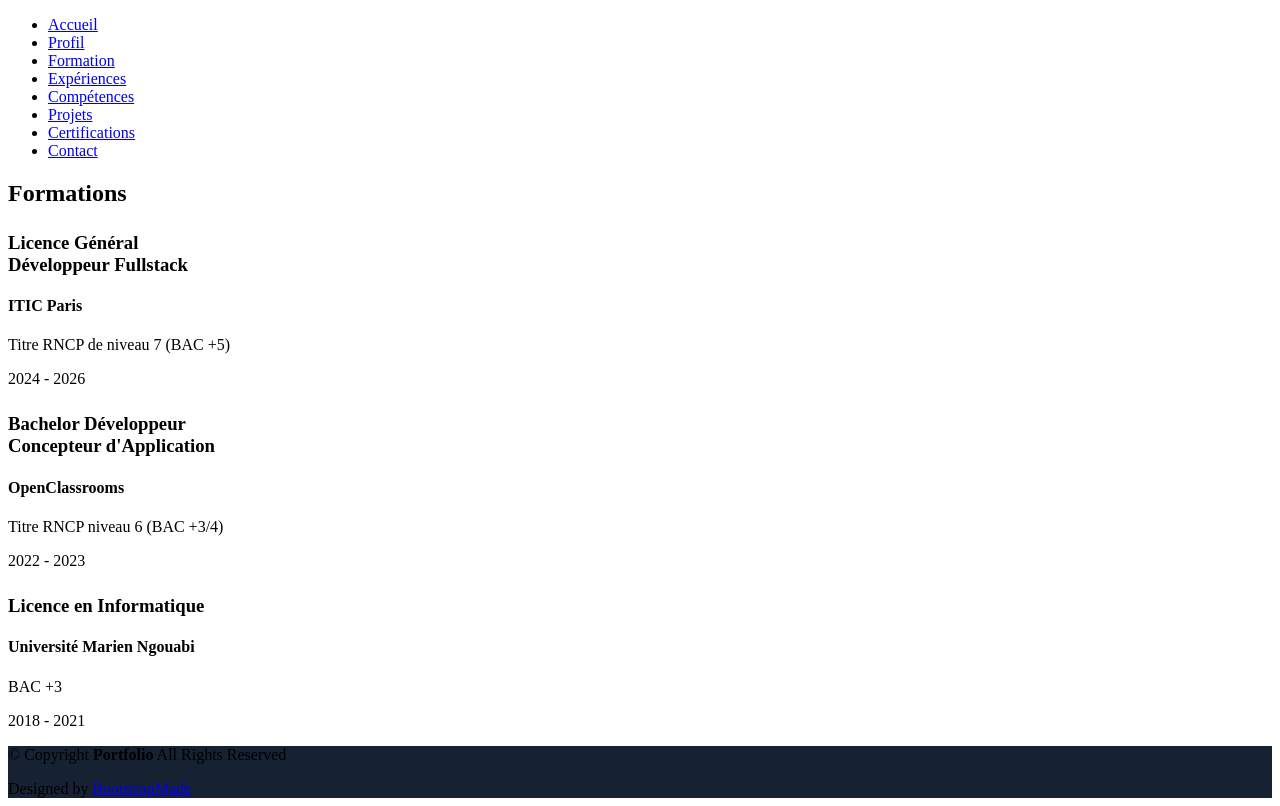
Repository: blaiseteddy/blaiseteddy.io
Page: resume.html
An editor plug-in stored every save of this project. The page is shown before and after the next save, followed by the edit.
The browser window is 1280 px wide. The pictures show the whole page.

Above is the page before, as saved 2025-12-18 11:54:48.

After the next save:
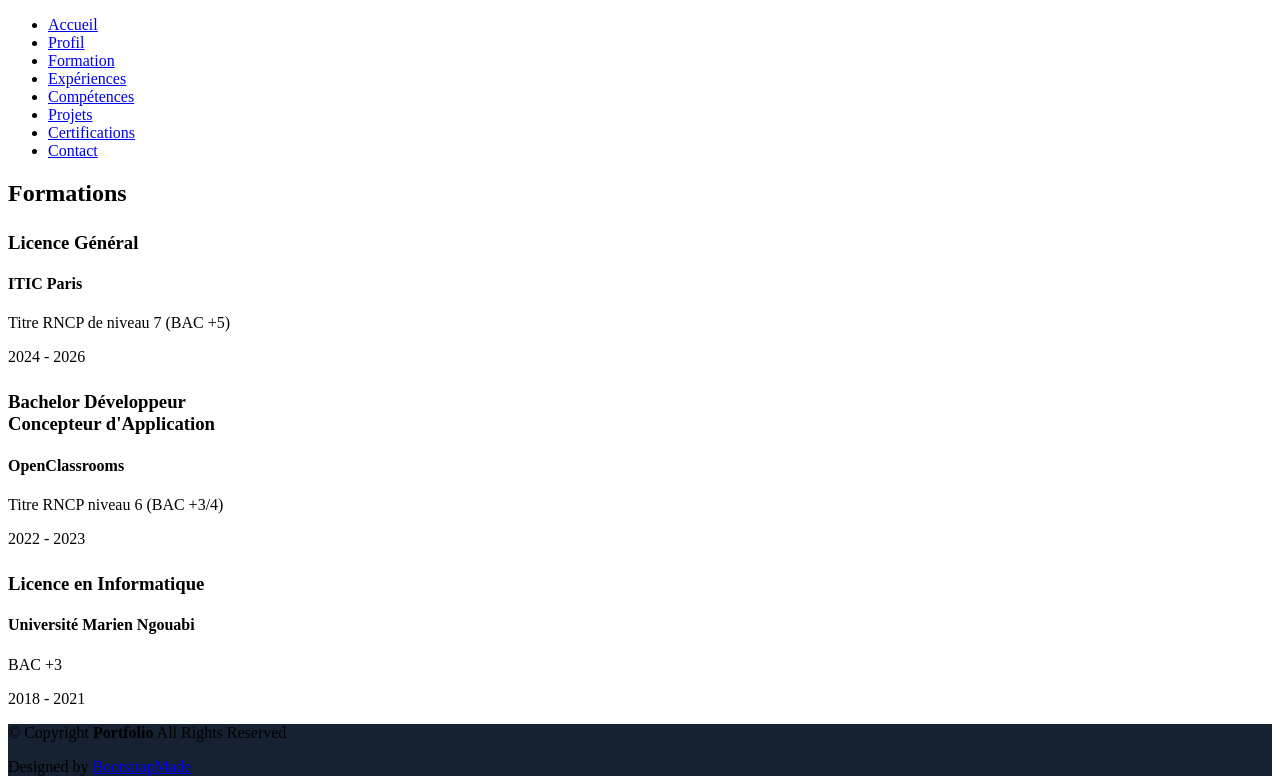
Saved 13 s later.
--- a/resume.html
+++ b/resume.html
@@ -65,7 +65,7 @@
             <div class="icon" style="font-size: 3rem; color: var(--accent-color); margin-bottom: 25px;">
               <i class="bi bi-mortarboard"></i>
             </div>
-            <h3>Licence Général <br>Développeur Fullstack</h3>
+            <h3>Licence Général <br></h3>
             <h4>ITIC Paris</h4>
             <p>Titre RNCP de niveau 7 (BAC +5)</p>
             <p class="date">2024 - 2026</p>

After the save that followed:
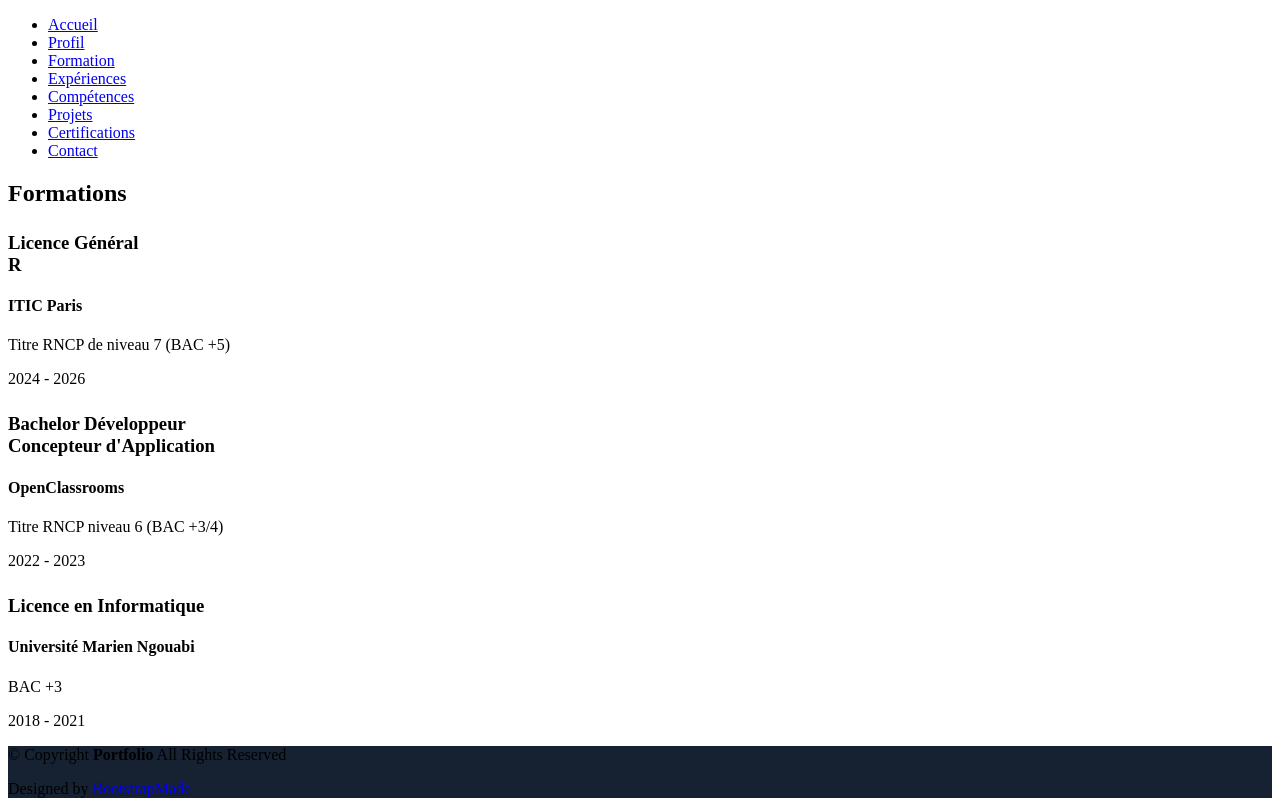
Saved 4 s later.
--- a/resume.html
+++ b/resume.html
@@ -65,7 +65,7 @@
             <div class="icon" style="font-size: 3rem; color: var(--accent-color); margin-bottom: 25px;">
               <i class="bi bi-mortarboard"></i>
             </div>
-            <h3>Licence Général <br></h3>
+            <h3>Licence Général <br>R</h3>
             <h4>ITIC Paris</h4>
             <p>Titre RNCP de niveau 7 (BAC +5)</p>
             <p class="date">2024 - 2026</p>
